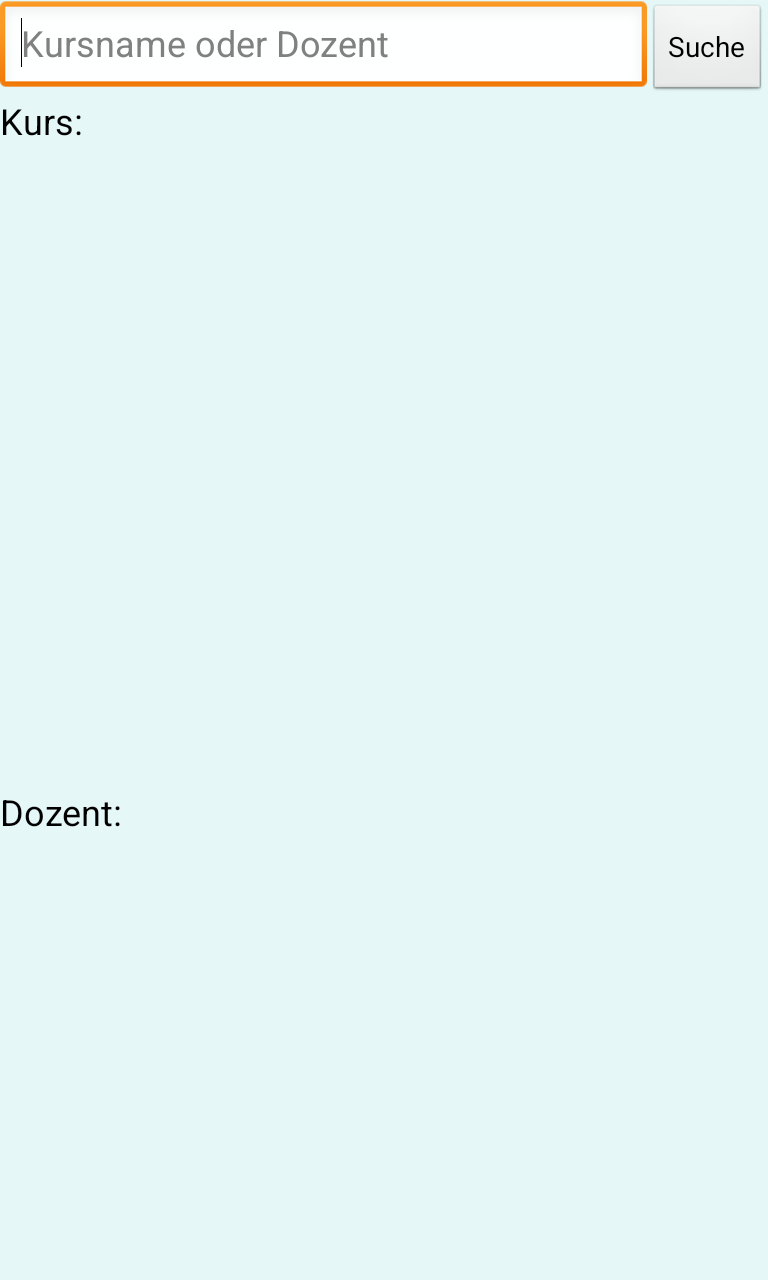
Repository: georgleber/IliConnect
Layout: IliConnect/res/layout/suche_layout.xml
These files come from the project's save history. The layout is drawn as it stood at one moment and after the next save; the edit follows.
It is drawn on a 768 x 1280 px phone screen (xhdpi) without system bars, with theme AppTheme; the app's code is not run. Lists and similar views that code fills are empty.

Above is the layout before, as saved 2012-12-18 22:06:28.

### IliConnect/res/layout/suche_layout.xml
<?xml version="1.0" encoding="utf-8"?>
<LinearLayout xmlns:android="http://schemas.android.com/apk/res/android"
    android:layout_width="match_parent"
    android:layout_height="match_parent"
    android:background="#E5F7F7"
    android:orientation="vertical">

    <LinearLayout
        android:layout_width="match_parent"
        android:layout_height="wrap_content" >

        <EditText
            android:id="@+id/editText1"
            android:layout_width="0dp"
            android:layout_height="wrap_content"
            android:layout_weight="1.51"
            android:ems="10"
            android:hint="@string/search_string"
            android:singleLine="true">

            <requestFocus />
        </EditText>

        <Button
            android:id="@+id/search_button"
            android:layout_width="wrap_content"
            android:layout_height="wrap_content"
            android:text="@string/searching_button" />
    </LinearLayout>

    <TextView
        android:id="@+id/kurs_label"
        android:layout_width="match_parent"
        android:layout_height="wrap_content"
        android:text="@string/kurs_suche"
        android:textAppearance="?android:attr/textAppearanceMedium" />

<LinearLayout android:layout_weight="1"
                    android:layout_height="fill_parent"
                    android:layout_width="fill_parent">

                <ListView   android:id="@+id/kurs_list"
                    		style="@style/ListView"
                            android:layout_height="fill_parent"
                            android:layout_width="fill_parent">

                </ListView>
    </LinearLayout>

<TextView
    android:id="@+id/textView2"
    android:layout_width="wrap_content"
    android:layout_height="wrap_content"
    android:layout_marginTop="99dp"
    android:text="@string/Dozent_suche"
    android:textAppearance="?android:attr/textAppearanceMedium" />

<LinearLayout android:layout_weight="1"
                android:layout_height="fill_parent"
                android:layout_width="fill_parent">

            <ListView   android:id="@+id/dozent_list"
                		style="@style/ListView"
                        android:layout_height="fill_parent"
                        android:layout_width="fill_parent">

            </ListView>
</LinearLayout>



</LinearLayout>

### IliConnect/res/values/styles.xml
<resources xmlns:android="http://schemas.android.com/apk/res/android">

    <style name="AppTheme" parent="android:Theme.Light" />
    <style name="ListView">
        <item name="android:layout_width">fill_parent</item>
        <item name="android:layout_height">fill_parent</item>
        <item name="android:textColor">#000000</item>
        <item name="android:background">@color/mintFH</item>
        <item name="android:cacheColorHint">@color/mintFH</item>
        <item name="android:listSelector">@drawable/list_selector</item>
    </style>

</resources>

### IliConnect/res/values/strings.xml
<resources>

    <string name="app_name">IliConnect</string>
    <string name="hello_world">Hello world!</string>
    <string name="menu_settings">Settings</string>
    <string name="title_activity_main">IliConnect</string>
    <string name="passwort_label">"Passwort: "</string>
    <string name="Email_label">"ID: "</string>
    <string name="login_button">Login</string>
    <string name="passwort_hint">******</string>
    <string name="email_pre">userid</string>
    <string name="desc_logoright">FH-Aachen Logo</string>
	<string name="desc_head">Ilias Logo</string>
	<string name="logout">Logout</string>
	<string name="magazin">Magazin</string>
	<string name="uebersicht">Übersicht</string>
	<string name="account_logout">Logout</string>
	<string name="QR_Code">Scan QR Code</string>
	<string name="todo_liste">Todo Liste</string>
	<string name="Date">Montag 17.12.2012 Praktikum Fassbender</string>
	<string name="desc_seminar">Beschreibung:</string>
	<string name="desc_long">Dies ist ein Testseminar. Hier würde ihr Text stehen der das Seminar beschreibt.</string>
	<string name="search_string">Kursname oder Dozent</string>
	<string name="termine_string">Termine:</string>
	<string name="geaendertedateien_string">Geänderte Dateien:</string>
	<string name="qr_string">QR Scanner:</string>
	<string name="datum_praktikum">24.12.2012 Praktikum SWE</string>
	<string name="Testmessage">Testmeldung</string>
	<string name="stringurl">Url: </string>
	<string name="urlHint">www.ilias.de</string>
	<string name="logout_menu">Ausloggen</string>
	<string name="settings_menu">Einstellungen</string>
	<string name="sync_label">Synchronisation:</string>
	<string name="Sync_intervall">Intervall: </string>
	<string name="Wlan_snyc">"nur über Wlan: "</string>
	<string name="dates_sync">"Anzahl der Termine: "</string>
	<string name="Notifi_sync">"Benachrichtigungen: "</string>
	<string name="Warning_sync">"Warnung: "</string>
	<string name="Critical_sync">"Kritisch: "</string>
	<string name="sync_button">Synchronisieren</string>

	 <string-array name="array_intervall">
        <item>15 Min</item>
        <item>30 Min</item>
        <item>1 H</item>
        <item>2 H</item>
        <item>1 D</item>
    </string-array>
    <string-array name="array_termine">
        <item>1</item>
        <item>2</item>
        <item>3</item>
        <item>4</item>
        <item>5</item>
    </string-array>
    <string-array name="array_warnung">
        <item>3 D</item>
        <item>4 D</item>
        <item>5 D</item>
        <item>6 D</item>
    </string-array>
    <string-array name="array_Kritisch">
        <item>1 D</item>
        <item>2 D</item>
    </string-array>
        <string name="testdates">24.12.2012    16 Uhr</string>
        <string name="testpraktikum">Software Engineering Praktikum</string>
        <string name="testpraktikum2">25.12.2012    14 Uhr</string>
        <string name="testpraktikum3">Bildverarbeitung Praktikum</string>
        <string name="kurs_abmeldung">Abmelden</string>
        <string name="test_file">Aufgabe 1.pdf</string>
        <string name="kurs_suche">Kurs:</string>
        <string name="Dozent_suche">Dozent:</string>
        <string name="test_seminar">Physik</string>
        <string name="Join_kurs">Beitreten</string>
        <string name="dozent_fassbender">"Prof. Dr. rer. nat. Faßbender "</string>
        <string name="button_kurse">Kurse</string>
        <string name="searching_button">Suche</string>
        <string name="Kurs_default">Physik</string>

</resources>

### IliConnect/res/values/color.xml
<resources xmlns:android="http://schemas.android.com/apk/res/android">
    <color name="mintFH">#E5F7F7</color>
    <color name="darkmint">#00B1AC</color>
</resources>

### IliConnect/res/drawable/list_selector.xml
<?xml version="1.0" encoding="utf-8"?>
<selector xmlns:android="http://schemas.android.com/apk/res/android"
    android:background="#E5F7F7">
    <!-- touch down -->
    <item
        android:drawable="@drawable/list_selector_pressed"
        android:state_pressed="true"/>
    <!-- selected -->
    <item
        android:textColor="#000000"
        android:drawable="@drawable/list_selector_selected"
        android:state_selected="true"
        android:state_focused="false"
        android:state_pressed="false"/>
</selector>

### IliConnect/res/drawable/list_selector_pressed.xml
<?xml version="1.0" encoding="utf-8"?>
<layer-list xmlns:android="http://schemas.android.com/apk/res/android"
    android:background="#E5F7F7">
    <item>
        <shape android:shape="rectangle">
            <solid android:color="@color/darkmint"/>
            <size android:width="1dip"/>
            <size android:height="1dip"/>
        </shape>
    </item>
</layer-list>

### IliConnect/res/drawable/list_selector_selected.xml
<?xml version="1.0" encoding="utf-8"?>
<layer-list xmlns:android="http://schemas.android.com/apk/res/android"
    android:background="#E5F7F7">
    <item>
        <shape android:shape="rectangle">
            <solid android:color="@color/darkmint"/>
            <size android:width="1dip"/>
            <size android:height="1dip"/>
        </shape>
    </item>
</layer-list>

After the next save:
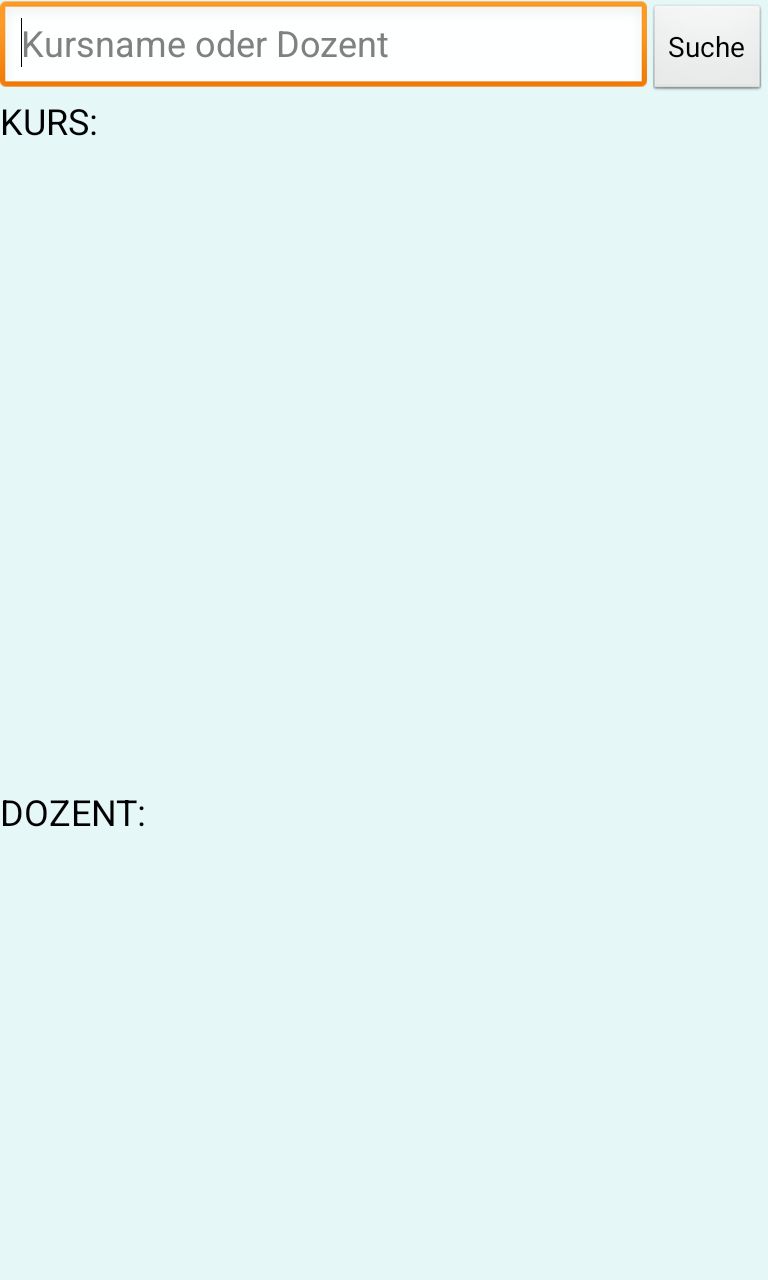
Saved 72 s later.
--- a/IliConnect/res/values/strings.xml
+++ b/IliConnect/res/values/strings.xml
@@ -69,8 +69,8 @@
         <string name="testpraktikum3">Bildverarbeitung Praktikum</string>
         <string name="kurs_abmeldung">Abmelden</string>
         <string name="test_file">Aufgabe 1.pdf</string>
-        <string name="kurs_suche">Kurs:</string>
-        <string name="Dozent_suche">Dozent:</string>
+        <string name="kurs_suche">KURS:</string>
+        <string name="Dozent_suche">DOZENT:</string>
         <string name="test_seminar">Physik</string>
         <string name="Join_kurs">Beitreten</string>
         <string name="dozent_fassbender">"Prof. Dr. rer. nat. Faßbender "</string>
